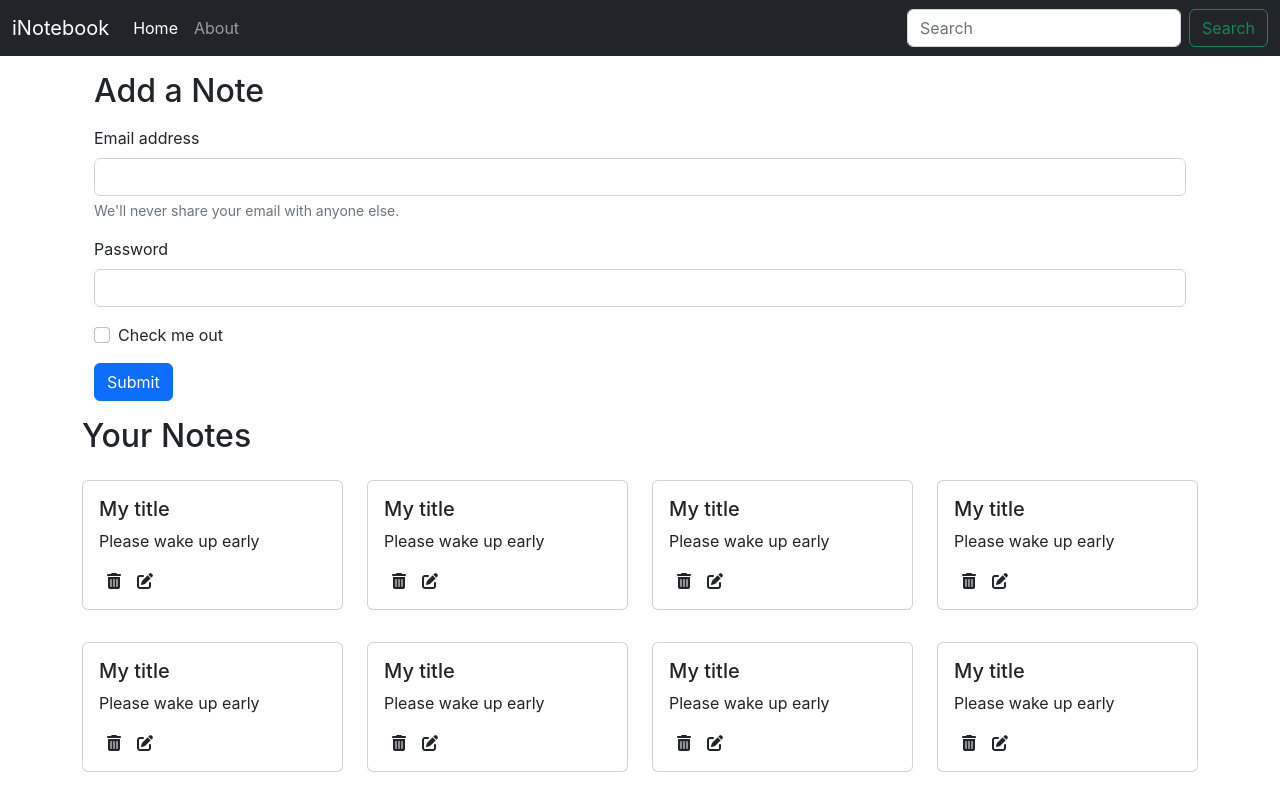
Repository: SatishPatil108/iNotebook-React
Page: /
These files come from the project's save history. The page is drawn as it stood at one moment and after the next save; the edit follows.
The browser window is 1280 px wide. The pictures show the whole page.
Some web libraries are served in a nearby version. The project was rebuilt for these pictures with package versions that can differ from the ones it lists, and the page was loaded fresh each time. Also part of the build but not shown: src/App.css, src/components/About.js.

Above is the page before, as saved 2022-07-24 18:33:39.

### public/index.html
<!DOCTYPE html>
<html lang="en">

<head>
  <meta charset="utf-8" />
  <link rel="icon" href="%PUBLIC_URL%/favicon.ico" />
  <meta name="viewport" content="width=device-width, initial-scale=1" />
  <meta name="theme-color" content="#000000" />
  <meta name="description" content="Web site created using create-react-app" />
  <link rel="apple-touch-icon" href="%PUBLIC_URL%/logo192.png" />

  <link rel="manifest" href="%PUBLIC_URL%/manifest.json" />
  <link href="https://cdn.jsdelivr.net/npm/bootstrap@5.2.0/dist/css/bootstrap.min.css" rel="stylesheet"
    integrity="sha384-gH2yIJqKdNHPEq0n4Mqa/HGKIhSkIHeL5AyhkYV8i59U5AR6csBvApHHNl/vI1Bx" crossorigin="anonymous">

  <title>iNotebook - Your Notes Secured in the Cloud</title>
</head>

<body>
  <noscript>You need to enable JavaScript to run this app.</noscript>
  <div id="root"></div>
  <script src="https://kit.fontawesome.com/e892c3092d.js" crossorigin="anonymous"></script>
  <script src="https://cdn.jsdelivr.net/npm/@popperjs/core@2.11.5/dist/umd/popper.min.js"
    integrity="sha384-Xe+8cL9oJa6tN/veChSP7q+mnSPaj5Bcu9mPX5F5xIGE0DVittaqT5lorf0EI7Vk"
    crossorigin="anonymous"></script>
  <script src="https://cdn.jsdelivr.net/npm/bootstrap@5.2.0/dist/js/bootstrap.min.js"
    integrity="sha384-ODmDIVzN+pFdexxHEHFBQH3/9/vQ9uori45z4JjnFsRydbmQbmL5t1tQ0culUzyK"
    crossorigin="anonymous"></script>

</body>

</html>

### src/App.js
import './App.css';
import {
  BrowserRouter as Router,
  Routes,
  Route
} from "react-router-dom";
import Navbar from './components/Navbar';
import Home from './components/Home';
import About from './components/About';
import NoteState from './context/notes/NoteState';

function App() {
  return (
    <>
      <NoteState>
        <Router>
          <Navbar />
          <div className="container">
            <Routes>
              <Route exact path="/" element={<Home />}></Route>
              <Route exact path="/about" element={<About />}></Route>
            </Routes>
          </div>
        </Router>
      </NoteState>
    </>
  );
}

export default App;

### src/components/Navbar.js
import React, { useEffect } from 'react'
import { Link, useLocation } from "react-router-dom";

const Navbar = () => {

    let location = useLocation();
    useEffect(() => {
        console.log(location.pathname);
    }, [location]);
    return (
        <div>
            <nav className="navbar navbar-expand-lg navbar-dark  bg-dark">
                <div className="container-fluid">
                    <Link className="navbar-brand" to="/">iNotebook</Link>
                    <button className="navbar-toggler" type="button" data-bs-toggle="collapse" data-bs-target="#navbarSupportedContent" aria-controls="navbarSupportedContent" aria-expanded="false" aria-label="Toggle navigation">
                        <span className="navbar-toggler-icon"></span>
                    </button>
                    <div className="collapse navbar-collapse" id="navbarSupportedContent">
                        <ul className="navbar-nav me-auto mb-2 mb-lg-0">
                            <li className="nav-item">
                                <Link className={`nav-link ${location.pathname === "/" ? "active" : ""}`} aria-current="page" to="/">Home</Link>
                            </li>
                            <li className="nav-item">
                                <Link className={`nav-link ${location.pathname === "/about" ? "active" : ""}`} to="/about">About</Link>
                            </li>
                        </ul>
                        <form className="d-flex" role="search">
                            <input className="form-control me-2" type="search" placeholder="Search" aria-label="Search" />
                            <button className="btn btn-outline-success" type="submit">Search</button>
                        </form>
                    </div>
                </div>
            </nav>
        </div>
    )
}

export default Navbar

### src/components/Home.js
import Notes from './Notes';

const Home = () => {

    return (
        <div>
            <div className="container my-3">
                <h2>Add a Note</h2>
                <form className='my-3'>
                    <div className="mb-3">
                        <label for="exampleInputEmail1" className="form-label">Email address</label>
                        <input type="email" className="form-control" id="exampleInputEmail1" aria-describedby="emailHelp" />
                        <div id="emailHelp" className="form-text">We'll never share your email with anyone else.</div>
                    </div>
                    <div className="mb-3">
                        <label for="exampleInputPassword1" className="form-label">Password</label>
                        <input type="password" className="form-control" id="exampleInputPassword1" />
                    </div>
                    <div className="mb-3 form-check">
                        <input type="checkbox" className="form-check-input" id="exampleCheck1" />
                        <label className="form-check-label" for="exampleCheck1">Check me out</label>
                    </div>
                    <button type="submit" className="btn btn-primary">Submit</button>
                </form>
            </div>
            <Notes />
        </div>
    )
}

export default Home

### src/context/notes/NoteState.js
import NoteContext from "./noteContext";
import { useState } from "react";
const NoteState = (props) => {
    const notesInitial = [
        {
            "_id": "62da4a93624101fbcba2f70b",
            "user": "62da3547e5c581994402a424",
            "title": "My title",
            "description": "Please wake up early",
            "tag": "Personal",
            "date": "2022-07-22T06:58:27.100Z",
            "__v": 0
        },
        {
            "_id": "62da4a93624101fbcba2f70d",
            "user": "62da3547e5c581994402a424",
            "title": "My title",
            "description": "Please wake up early",
            "tag": "Personal",
            "date": "2022-07-22T06:58:27.254Z",
            "__v": 0
        },
        {
            "_id": "62da4b55247e3f71d9903681",
            "user": "62da3547e5c581994402a424",
            "title": "My title",
            "description": "Please wake up early",
            "tag": "Personal",
            "date": "2022-07-22T07:01:41.403Z",
            "__v": 0
        },
        {
            "_id": "62da89d6007163cf4d1b5c32",
            "user": "62da3547e5c581994402a424",
            "title": "My title",
            "description": "Please wake up early",
            "tag": "Personal",
            "date": "2022-07-22T11:28:22.313Z",
            "__v": 0
        },
        {
            "_id": "62da4a93624101fbcba2f70b",
            "user": "62da3547e5c581994402a424",
            "title": "My title",
            "description": "Please wake up early",
            "tag": "Personal",
            "date": "2022-07-22T06:58:27.100Z",
            "__v": 0
        },
        {
            "_id": "62da4a93624101fbcba2f70d",
            "user": "62da3547e5c581994402a424",
            "title": "My title",
            "description": "Please wake up early",
            "tag": "Personal",
            "date": "2022-07-22T06:58:27.254Z",
            "__v": 0
        },
        {
            "_id": "62da4b55247e3f71d9903681",
            "user": "62da3547e5c581994402a424",
            "title": "My title",
            "description": "Please wake up early",
            "tag": "Personal",
            "date": "2022-07-22T07:01:41.403Z",
            "__v": 0
        },
        {
            "_id": "62da89d6007163cf4d1b5c32",
            "user": "62da3547e5c581994402a424",
            "title": "My title",
            "description": "Please wake up early",
            "tag": "Personal",
            "date": "2022-07-22T11:28:22.313Z",
            "__v": 0
        }
    ]

    const [notes, setNotes] = useState(notesInitial)

    return (
        <NoteContext.Provider value={{ notes, setNotes }}>
            {props.children}
        </NoteContext.Provider>
    )
}

export default NoteState;

### src/components/Notes.js
import React, { useContext } from 'react'
import noteContext from '../context/notes/noteContext';
import Noteitem from './Noteitem';

const Notes = () => {
    const context = useContext(noteContext);
    const { notes, setNotes } = context;

    return (
        <div className="row my-3">
            <h2>Your Notes</h2>
            {notes.map((note) => {
                return <Noteitem note={note} />
            })}
        </div>
    )
}

export default Notes

### src/components/Noteitem.js
import React from 'react'

const Noteitem = (props) => {
    const { note } = props;
    return (
        <div className='col-md-3'>
            <div className="card my-3">
                <div className="card-body">
                    <h5 className="card-title">{note.title}</h5>
                    <p className="card-text">{note.description}</p>
                    <i className="fa-solid fa-trash-can mx-2"></i>
                    <i className="fa-solid fa-pen-to-square mx-2"></i>
                </div>
            </div>
        </div>
    )
}

export default Noteitem

Loaded but not shown: src/index.js (common file); src/index.css (common file); src/context/notes/noteContext.js (common file)

After the next save:
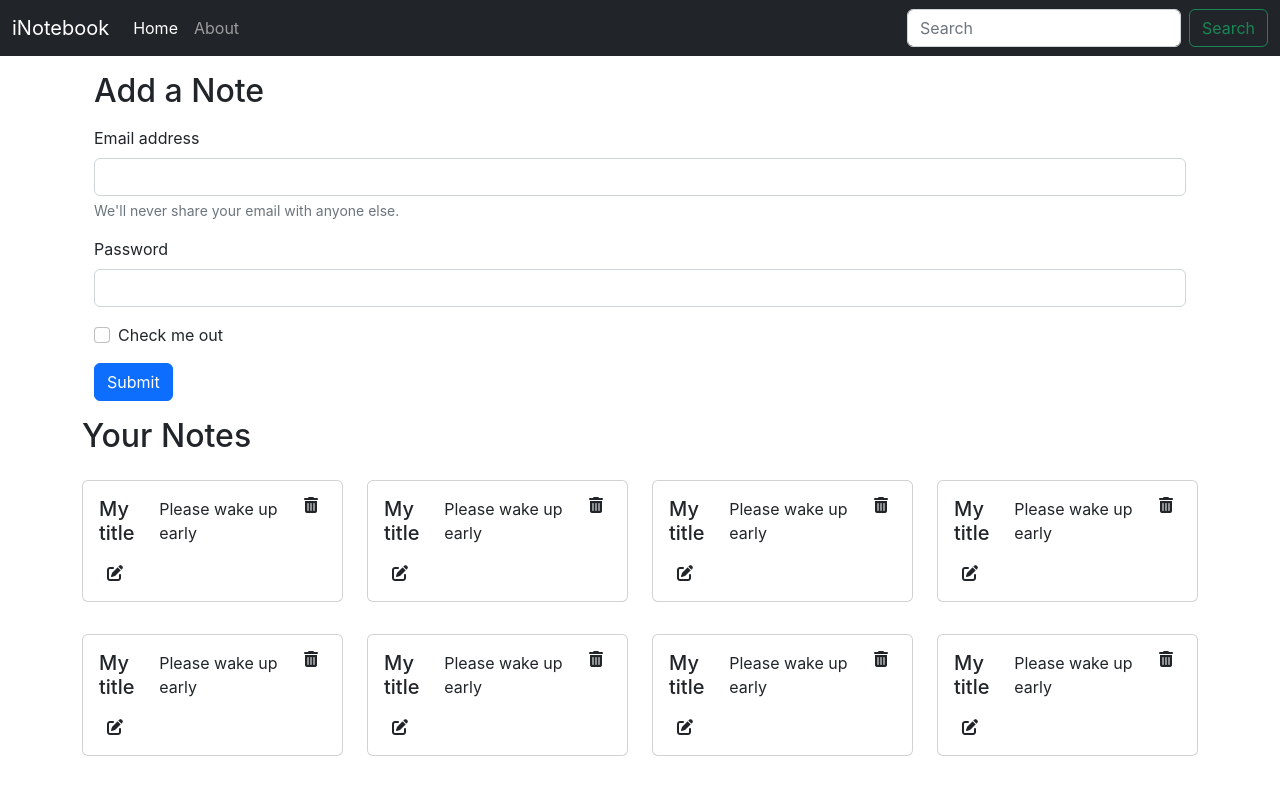
Saved 2 min 30 s later.
--- a/src/components/Noteitem.js
+++ b/src/components/Noteitem.js
@@ -6,9 +6,11 @@
         <div className='col-md-3'>
             <div className="card my-3">
                 <div className="card-body">
-                    <h5 className="card-title">{note.title}</h5>
-                    <p className="card-text">{note.description}</p>
-                    <i className="fa-solid fa-trash-can mx-2"></i>
+                    <div className="d-flex">
+                        <h5 className="card-title">{note.title}</h5>
+                        <p className="card-text">{note.description}</p>
+                        <i className="fa-solid fa-trash-can mx-2"></i>
+                    </div>
                     <i className="fa-solid fa-pen-to-square mx-2"></i>
                 </div>
             </div>
